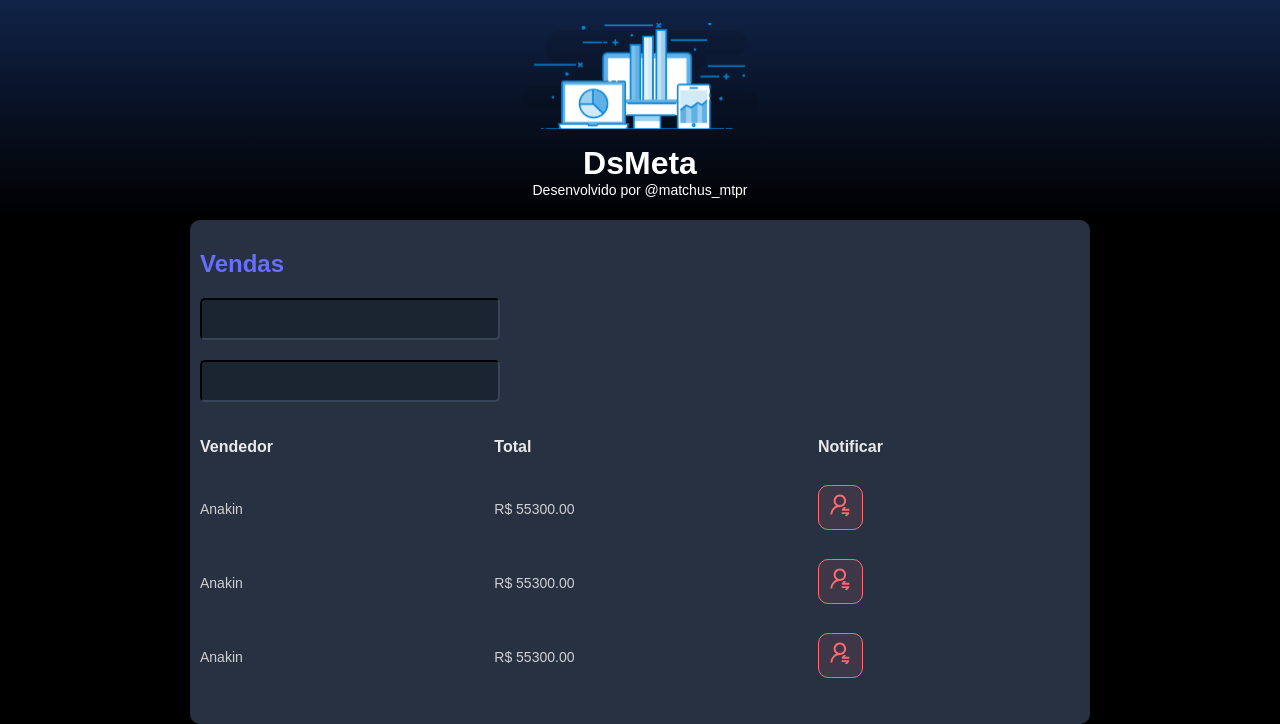
Repository: MatheusAlvesPereiraRosa/ds-meta
Page: index.html
An editor plug-in stored every save of this project. The page is shown before and after the next save, followed by the edit.
The browser window is 1280 px wide. The pictures show the whole page.

Above is the page before, as saved 2022-09-05 16:30:55.

### index.html
<!DOCTYPE html>
<html lang="en">
  <head>
    <meta charset="UTF-8" />
    <meta http-equiv="X-UA-Compatible" content="IE=edge" />
    <meta name="viewport" content="width=device-width, initial-scale=1.0" />
    <title>Document</title>

    <link rel="stylesheet" href="styles.css" />
  </head>

  <body>
    <header>
      <div class="dsmeta-logo-container">
        <img src="logo.svg" alt="Logo" />
        <h1>DsMeta</h1>
        <p>
          Desenvolvido por
          <a href="https://www.instagram.com/matchus_mtpr">@matchus_mtpr</a>
        </p>
      </div>
    </header>

    <main>
      <section id="sales">
        <div class="dsmeta-container">
          <div class="dsmeta-card">
            <h2 class="dsmeta-sales-title">Vendas</h2>
            <div>
              <div class="dsmeta-form-control-container">
                <input class="dsmeta-form-control" type="text" />
              </div>
              <div class="dsmeta-form-control-container">
                <input class="dsmeta-form-control" type="text" />
              </div>
            </div>

            <div>
              <table class="dsmeta-sales-table">
                <thead>
                  <tr>
                    <td>Vendedor</td>
                    <td>Total</td>
                    <td>Notificar</td>
                  </tr>
                </thead>
                <tbody>
                  <tr>
                    <td>Anakin</td>
                    <td>R$ 55300.00</td>
                    <td><img src="icon.svg" alt="Notificar" /></td>
                  </tr>
                  <tr>
                    <td>Anakin</td>
                    <td>R$ 55300.00</td>
                    <td><img src="icon.svg" alt="Notificar" /></td>
                  </tr>
                  <tr>
                    <td>Anakin</td>
                    <td>R$ 55300.00</td>
                    <td><img src="icon.svg" alt="Notificar" /></td>
                  </tr>
                </tbody>
              </table>
            </div>
          </div>
        </div>
      </section>
    </main>
  </body>
</html>

### styles.css
@import url('https://fonts.googleapis.com/css2?family=Roboto:wght@300&display=swap');

* {
    font-family: 'Rotobto', sans-serif;
    box-sizing: border-box;
    margin: 0;
    padding: 0;
}

header {
    background: linear-gradient(180deg, #102347 0%, transparent);
    height: 220px;
    display: flex;
    align-items: center;
    justify-content: center;
}

body, html {
    background-color: black;
    color: #fff;
}

a, a:hover, a:visited {
    color: unset;
    text-decoration: none;
}

.dsmeta-logo-container {
    display: flex;
    flex-direction: column;
    align-items: center;
}

.dsmeta-logo-container img{
    width: 235px;
}

.dsmeta-logo-container h1{
    margin-top: 15px;
}

.dsmeta-logo-container p{
    font-size: 14px;
    font-weight: 300;
}

.dsmeta-card {
    background-color: #283142;
    border-radius: 10px;
    padding: 30px 10px;
}

.dsmeta-container {
    width: 100%;
    max-width: 900px;
    margin: 0 auto;
}

#id {
    padding: 40px 10px;
}

.dsmeta-sales-title {
    color: #676FFF;
    font-size: 24px;
    margin-bottom: 20px;
}

.dsmeta-form-control {
    height: 36px;
    background-color: #1B2531;
    width: 100%;
    max-width: 300px;
    border-radius: 5px;
    border-color: #384459;
    color: #9AAABE;
    padding: 19px 20px;
    font-size: 18px;
}

.dsmeta-sales-table {
    width: 100%;
    border-spacing: 0;
}

.dsmeta-sales-table thead{
    height: 50px;
    font-size: 16px;
    color: #E9E9E9;
    font-weight: 600;
}

.dsmeta-sales-table tbody{
    font-weight: 400;
    font-size: 14px;
    color: #CFCFCF;
}

.dsmeta-sales-table tbody tr {
    height: 74px;
}

.dsmeta-form-control-container {
    margin-bottom: 20px;
}

After the next save:
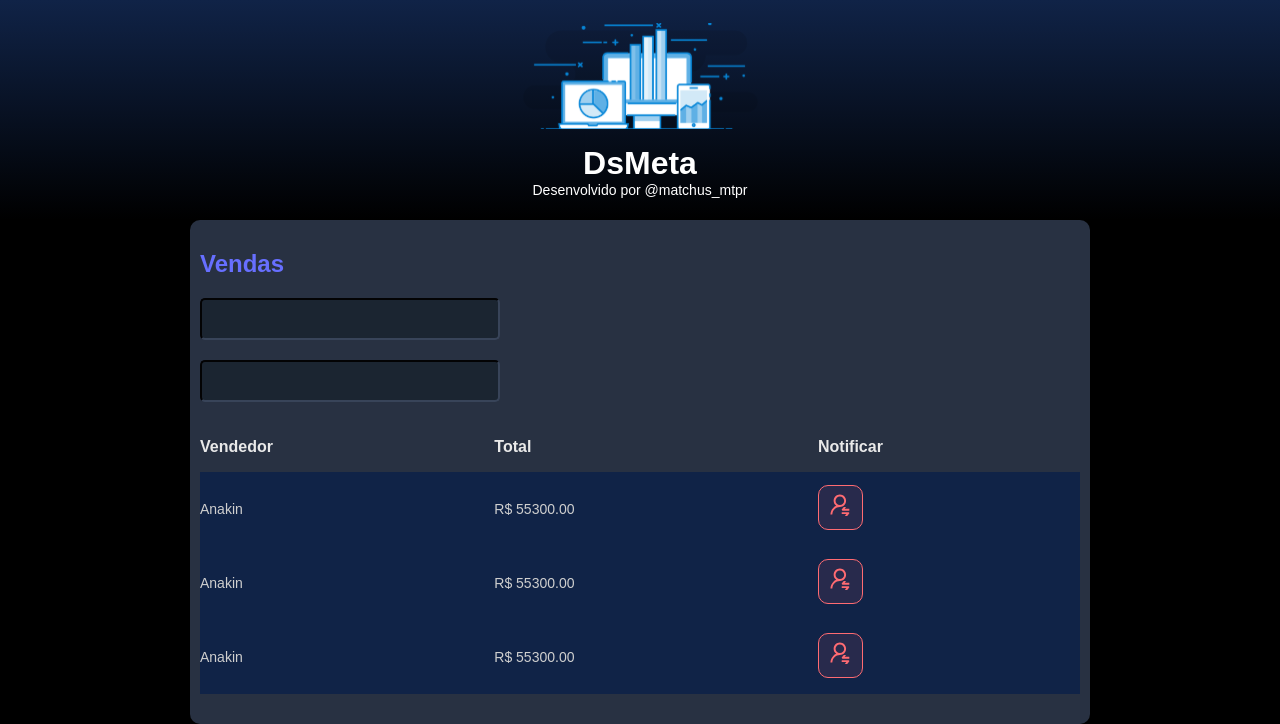
Saved 37 s later.
--- a/styles.css
+++ b/styles.css
@@ -98,6 +98,7 @@
 
 .dsmeta-sales-table tbody tr {
     height: 74px;
+    background-color: #102347;
 }
 
 .dsmeta-form-control-container {

After the save that followed:
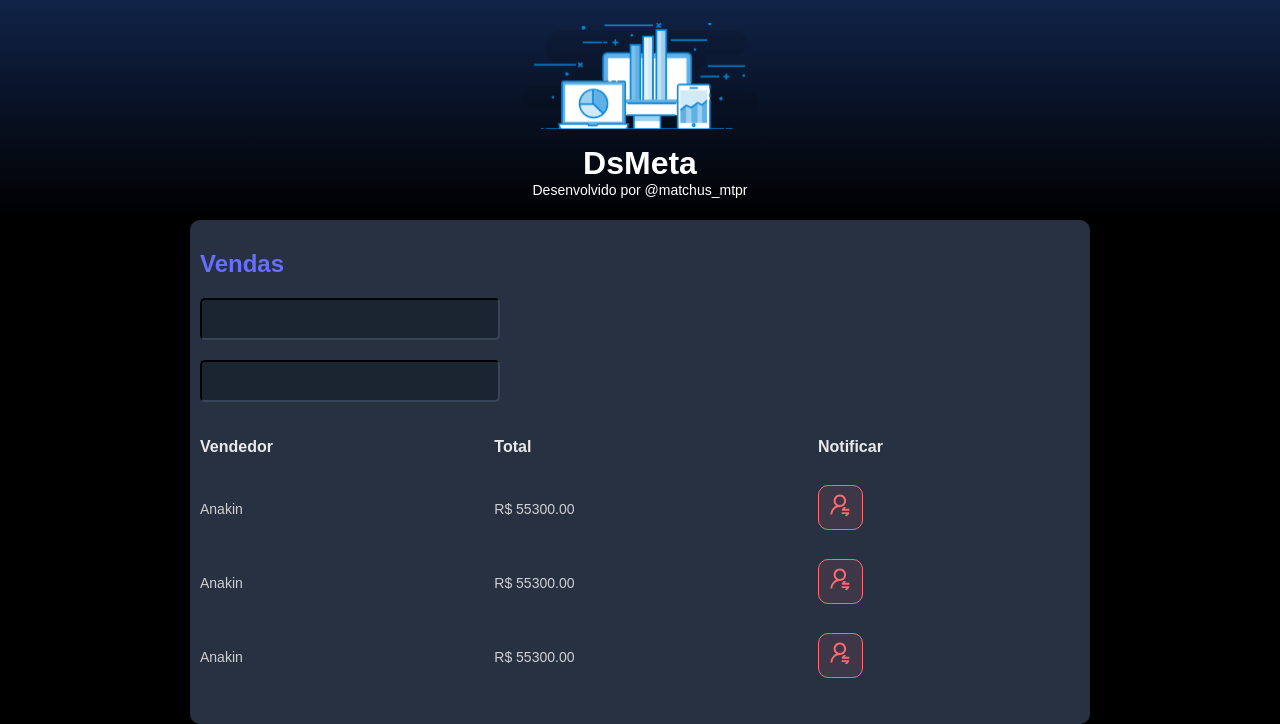
Saved 27 s later.
--- a/styles.css
+++ b/styles.css
@@ -98,7 +98,7 @@
 
 .dsmeta-sales-table tbody tr {
     height: 74px;
-    background-color: #102347;
+    background-color: #283142;
 }
 
 .dsmeta-form-control-container {
